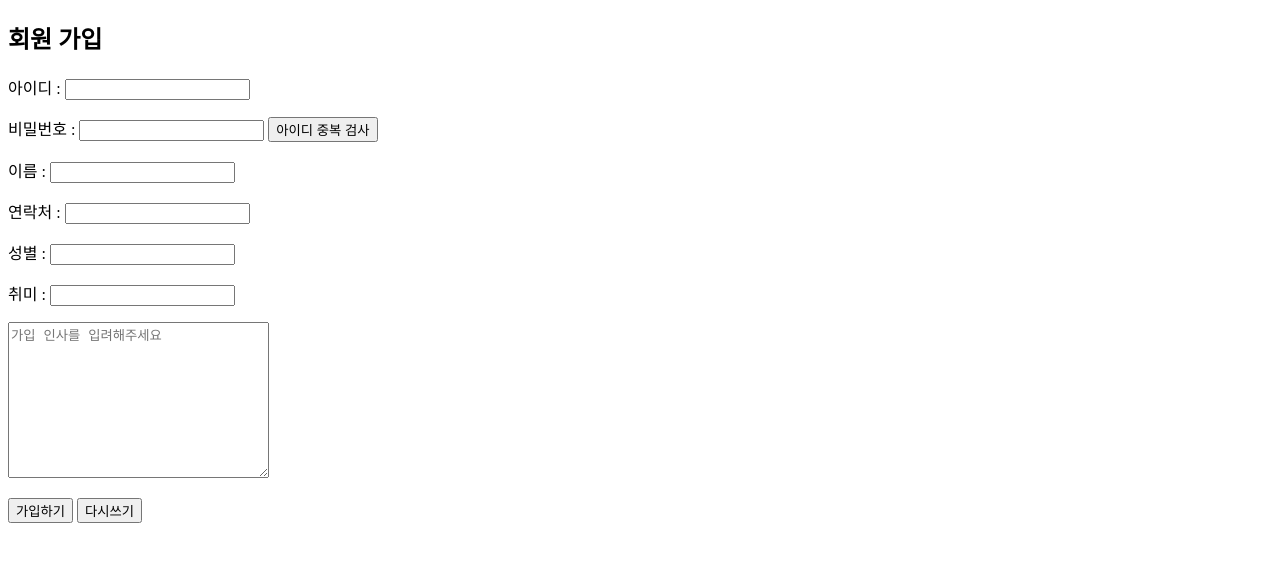
Repository: suinautant/learnCode
Page: http://localhost/JSPBook/ch05/test/register01.jsp
An editor plug-in stored every save of this project. The page is shown before and after the next save, followed by the edit.
The browser window is 1280 px wide. The pictures show the whole page.
The page is served by Tomcat 9.

Above is the page before, as saved 2021-07-01 05:29:36.

After the next save:
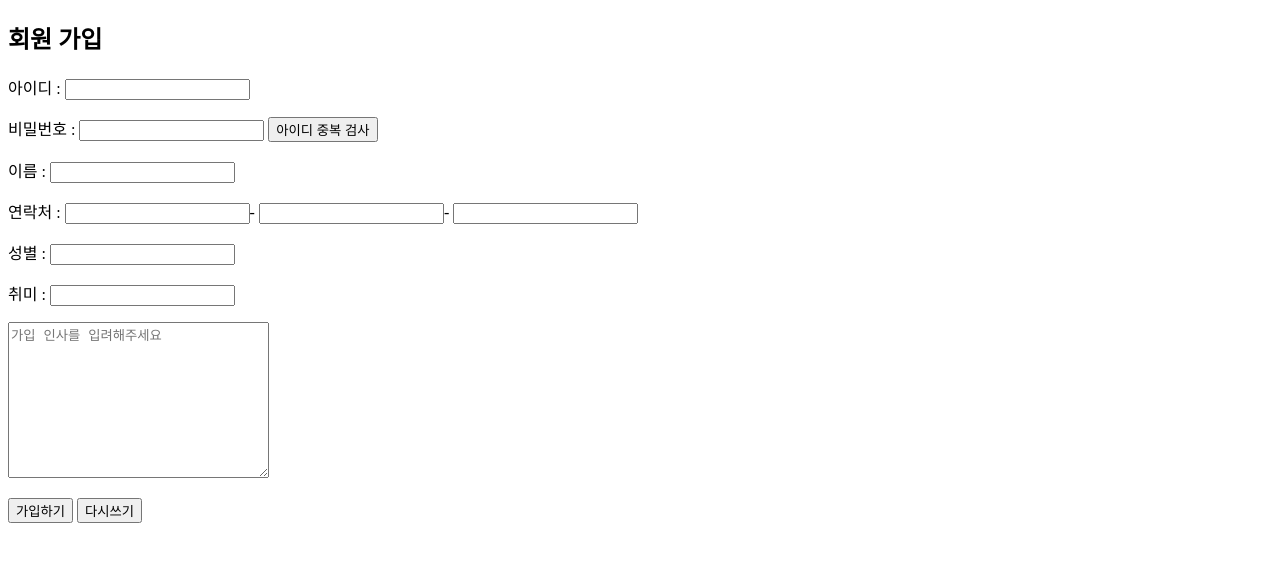
Saved 42 s later.
--- a/jsp/JSPBook/WebContent/ch05/test/register01.jsp
+++ b/jsp/JSPBook/WebContent/ch05/test/register01.jsp
@@ -15,7 +15,11 @@
 <input type="button" value="아이디 중복 검사" />
 </p>
 <p>이름 : <input type="text" name="name" /></p>
-<p>연락처 : <input type="text" name="tel" /></p>
+<p>
+연락처 : <input type="text" name="tel" />-
+<input type="text" name="tel2" />-
+<input type="text" name="tel3" />
+</p>
 <p>성별 : <input type="text" name="sex" /></p>
 <p>취미 : <input type="text" name="hobby" /></p>
 <p><textarea name="hello" rows="10" cols="30" placeholder="가입 인사를 입려해주세요"></textarea>
